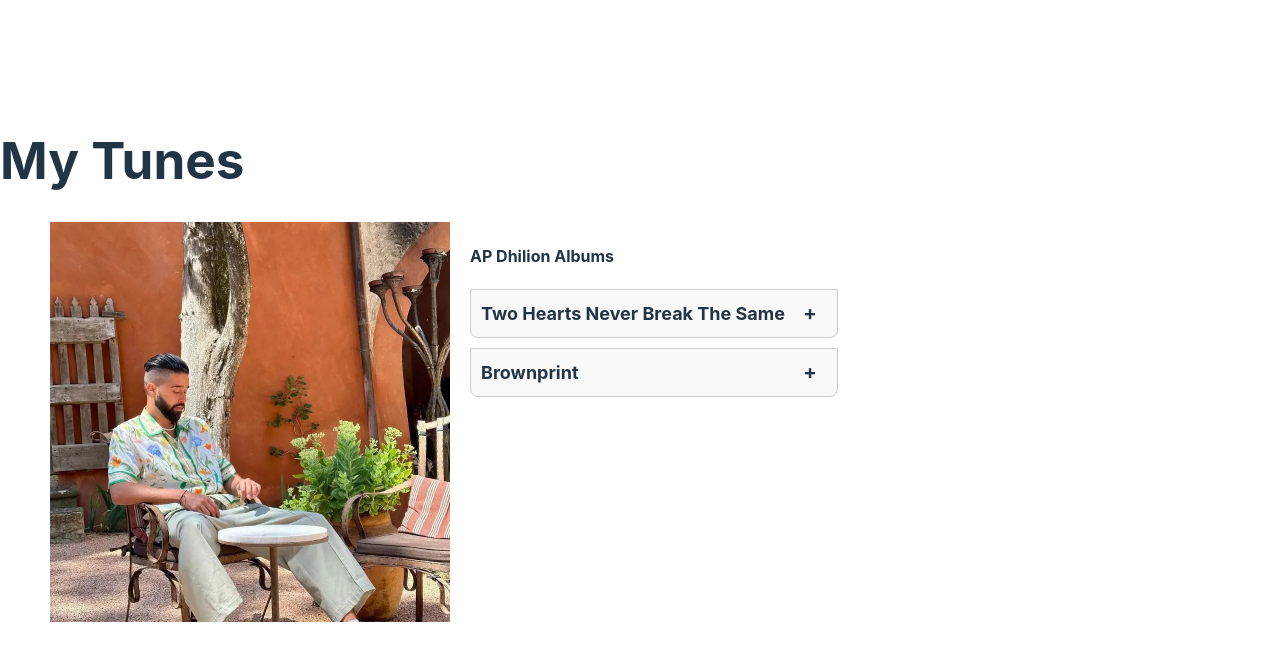
Repository: GavinPahal/my_app
Page: / (app in react/)
An editor plug-in stored every save of this project. The page is shown before and after the next save, followed by the edit.
The browser window is 1280 px wide. The pictures show the whole page.
The project was rebuilt for these pictures with package versions that can differ from the ones it lists, and the page was loaded fresh each time. Also part of the build but not shown: react/vite.config.js.

Above is the page before, as saved 2024-09-15 18:12:40.

After the next save:
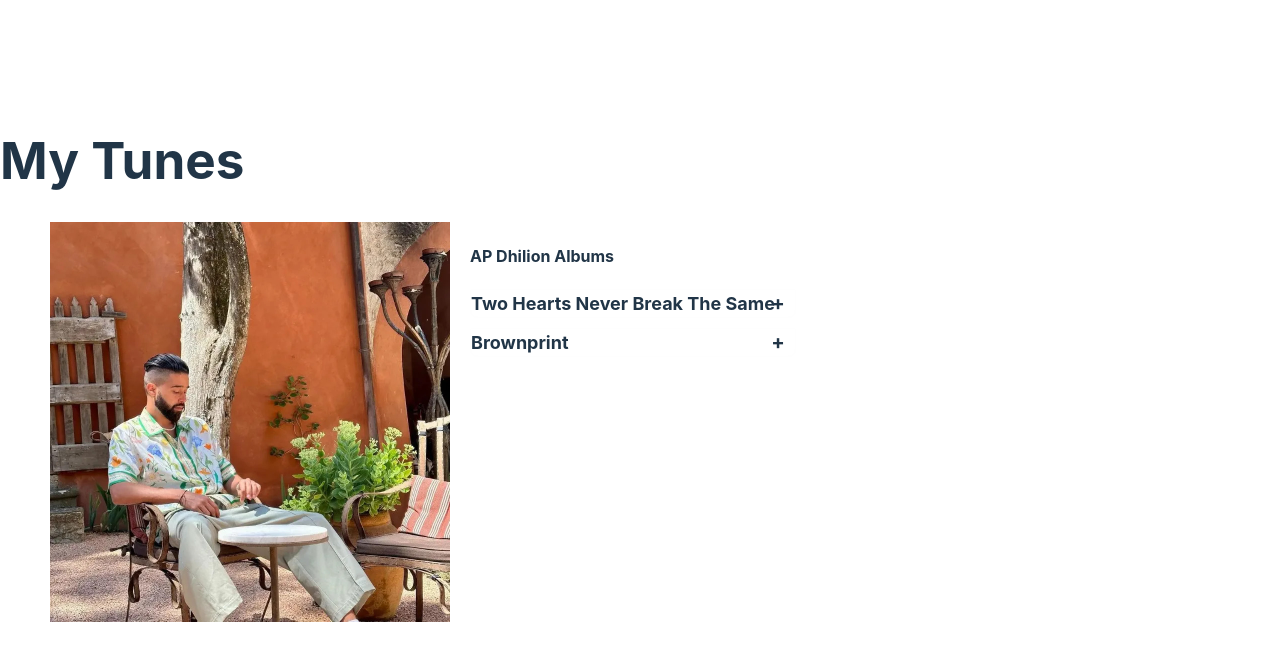
Saved 35 s later.
--- a/react/src/App.css
+++ b/react/src/App.css
@@ -30,12 +30,10 @@
 }
 
 details {
-  width: 100%;
   margin-bottom: 10px;
-  border: 1px solid #ccc;
+  border: 1px solid #fefefe;
   border-radius: 0 0 8px 8px;
-  padding: 10px;
-  background-color: #f9f9f9;
+  background-color: #ffffff;
   position: relative;
 }
 
